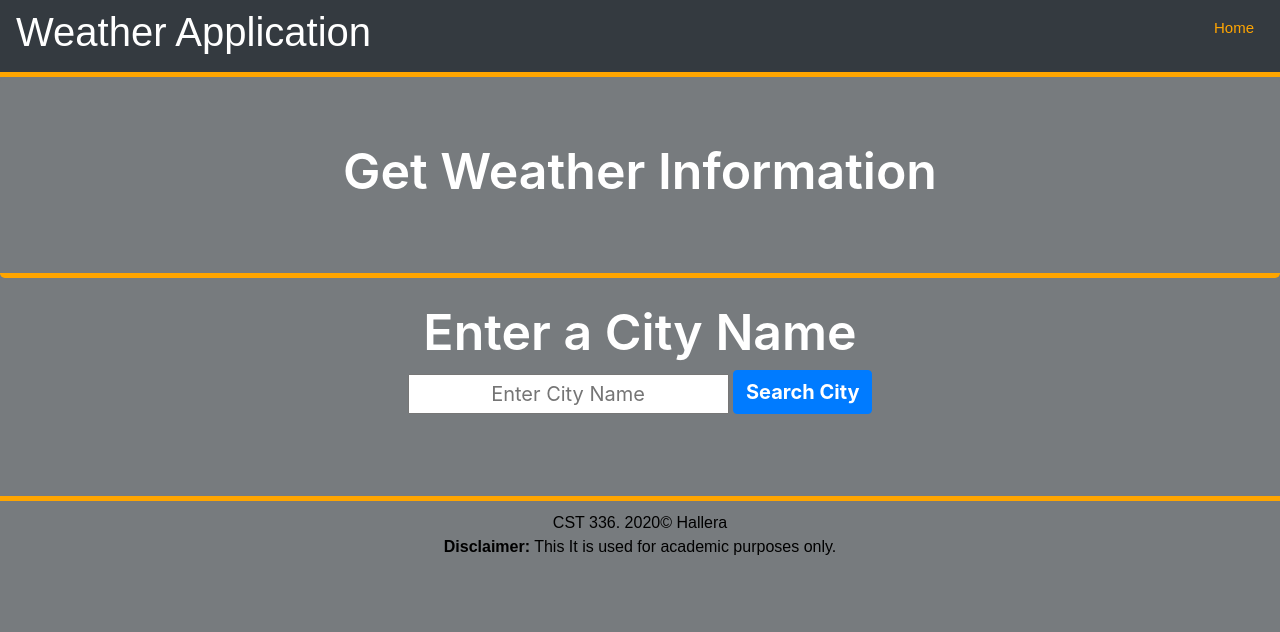
Repository: ElijahHallera/336-Internet-Prog
Page: cst336_s2020_Project3-master/cst336_s2020_Project3-master/index.html
The author's editor kept a record of every edit. The page is drawn from the files as they stood at one moment, then again after the next edit.
The browser window is 1280 px wide. The pictures show the whole page.

Above is the page before.

### cst336_s2020_Project3-master/cst336_s2020_Project3-master/index.html
<!DOCTYPE html>
<html>
    <head>
        <meta charset = "utf-8">
        <title>Midterm 1</title>
        <link href="https://stackpath.bootstrapcdn.com/bootstrap/4.4.1/css/bootstrap.min.css"
        rel="stylesheet"
        integrity="sha384-Vkoo8x4CGsO3+Hhxv8T/Q5PaXtkKtu6ug5TOeNV6gBiFeWPGFN9MuhOf23Q9Ifjh"
        crossorigin="anonymous">
        <link href="https://fonts.googleapis.com/css?family=Raleway&display=swap" rel="stylesheet">
        <script src="https://ajax.aspnetcdn.com/ajax/jQuery/jquery-3.4.1.min.js"></script>
        <script src = "https://cdnjs.cloudflare.com/ajax/libs/underscore.js/1.9.1/underscore-min.js"></script>
        <link href = "app.css" rel = "stylesheet" type = "text/css">
    </head>

    <header>
        <nav class="navbar navbar-dark bg-dark">
            <h1> Weather Application </h1>
            <ul>
                <li> <a href = "index.html" id = "currentPage" class = "homeA"> Home </a> </li>
            </ul>
        </nav>
    </header>

    <body>
        <div class = "jumbotron">
            <h2 class = "text-center"> Get Weather Information</h2>
        </div>

        </br>

        <div>
            <div>
                <h3 class = "text-center">Enter a City Name</h3>
                <span id = "error"></span>
            </div>

            <div class = "center">
               <center><input type="text" name = "city" id = "city" placeholder = "Enter City Name"> <button id = "submitWeather" class="btn btn-primary"> Search City </button></center>
            </div>

            </br>

            <div id = "show"></div>

        </div>

        </br>
        </br>

        <footer>
        <font size = "3.5">
        CST 336. 2020&copy; Hallera <br />
        <strong>Disclaimer:</strong> This
        It is used for academic purposes only. <br />
        </font>
        <br />

    </footer>

        <script src = "javascript.js"></script>
    </body>
</html>

### cst336_s2020_Project3-master/cst336_s2020_Project3-master/app.css
body{
    background-color: #777B7E;
}

h2{
 text-align: center;
}

h3{
 text-align: center;
}

input[type="text"]{
    height: 40px;
    font-size: 20px;
}

input{
    text-align: center;
}

button{
    text-align: center;
}

nav li:hover{
    font-size: 1.10em;
    transition: .9s;
}

li {
    list-style: none;
    display: inline-block;
    padding-left: 10px;
    padding-right: 10px;
}

a {
    font-size: 1em;
    color: orange;
    border-radius: 15px;
    justify-content: space-between;
}

header {
    color: white;
    font-family: "Montserrat", sans-serif;
    font-size: 15px;
    justify-content: space-between;
    align-items: center;
    text-align: center;
    border-bottom: 5px solid orange;
}

img {
  border-radius: 4px;
  padding: 5px;
  width: 150px;
  margin-bottom: 10px;
}

footer {
    padding: 10px;
    background-color: #777B7E;
    clear: left;
    text-align: center;
    font-family: 'Source Sans Pro', sans-serif;
    color: black;
    border-top: 5px solid orange;
}

#show{
    margin: auto;
    text-align: center;
}

#rowDiv{
    margin: auto;
    text-align: center;
    width: 100%;
}

#submitWeather{
    font-size: 20px;
    font-weight: bold;
    margin-bottom: 10px;
}

#center{
    text-align: center;
}

.jumbotron{
    margin-bottom: 0px;
    color: white;
    background-color: #777B7E;
    border-bottom: 5px solid orange;
}
.text-center{
    color: white;
    font-size: 50px;
    font-weight:  600;
}

.row{
    margin-bottom:20px;
}

.container{
    text-align: center;
    height: 650px;
}

### cst336_s2020_Project3-master/cst336_s2020_Project3-master/javascript.js
$(document).ready(function(){

    $('#submitWeather').click(function(){
        var city = $("#city").val();
        var yeet = "images/warm.jpg";
        if(city != ''){
            $.ajax({

               url: "https://api.openweathermap.org/data/2.5/weather?q=" + city + "&units=imperial&APPID=0aa5e5f254be985411b1bdfc170de6e0",
               type: "GET",
               data: "json",
               success: function(data){
                    if(data.main.temp >= 100){
                        alert("ITS VERY HOT");
                        var img = "<div class='img-thumbnail flex-item'><img src= images/veryhot.jpeg></div>";
                        $(".flex-container").append(img);
                    }
                    if(data.main.temp >= 70 && data.main.temp < 100){
                        alert("ITS HOT");
                        var img = "<div class='img-thumbnail flex-item'><img src = images/warm.jpg></div>";
                        $(".flex-container").append(img);
                    }

                    if(data.main.temp >= 40 && data.main.temp < 70){
                        alert("ITS PLEASANT OUT");
                    }

                    if(data.main.temp >= 32 && data.main.temp < 40){
                        alert("ITS COLD");
                    }

                    if(data.main.temp < 32){
                        alert("ITS VERY COLD");
                    }

                    var widget = show(data);
                    $("#show").html(widget);
                    $("#city").val('');
               }
            });
        } else {
            $("error").html('Cannot be empty!');
        }
    });
});

function show(data){
    return "<h2>Current weather for " + data.name + ", " + data.sys.country + "</h2>" +
           "<h2>Weather: " + data.weather[0].main + "</h2>" +
           "<h3>Description: "+ data.weather[0].description +"</h3>" +
           "<h3>Temperature: "  + data.main.temp + "&#8457 </h2>" +
           "<h3>Humidity: "  + data.main.humidity + " %</h2>" +
           "<h3>Wind Speed: "  + data.wind.speed + " MPH </h2>";
}

After the next edit:
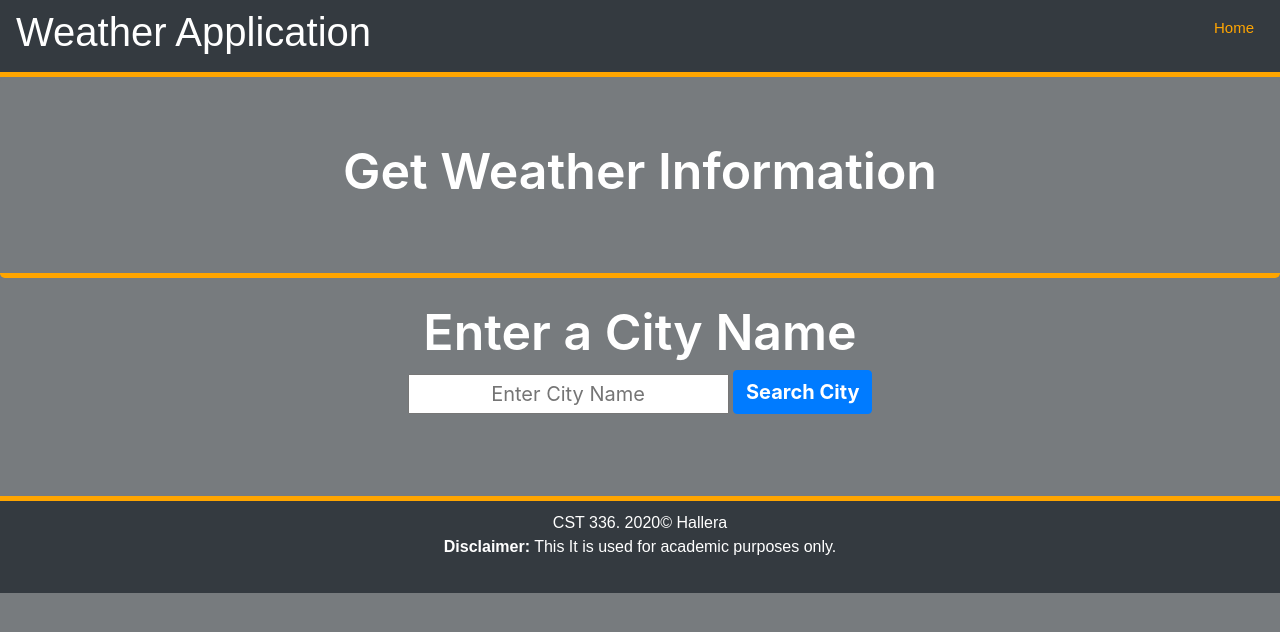
The edit:
--- a/cst336_s2020_Project3-master/cst336_s2020_Project3-master/index.html
+++ b/cst336_s2020_Project3-master/cst336_s2020_Project3-master/index.html
@@ -48,8 +48,8 @@
         </br>
         </br>
 
-        <footer>
-        <font size = "3.5">
+        <footer class = "bg-dark">
+        <font size = "3.5" color = "white">
         CST 336. 2020&copy; Hallera <br />
         <strong>Disclaimer:</strong> This
         It is used for academic purposes only. <br />
